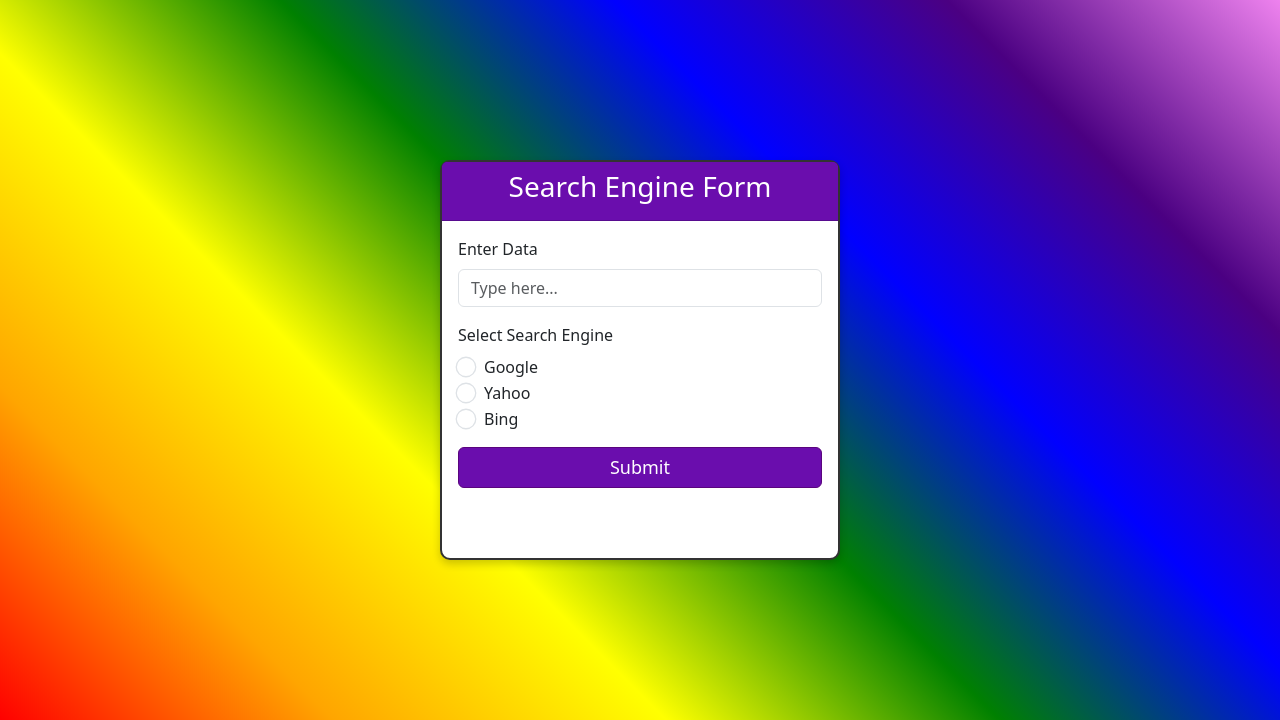
Repository: Prasad-R-Patil/WebBaseJava
Page: SearchEngien/src/main/webapp/index.html
An editor plug-in stored every save of this project. The page is shown before and after the next save, followed by the edit.
The browser window is 1280 px wide. The pictures show the whole page.

Above is the page before, as saved 2025-05-15 11:48:18.

After the next save:
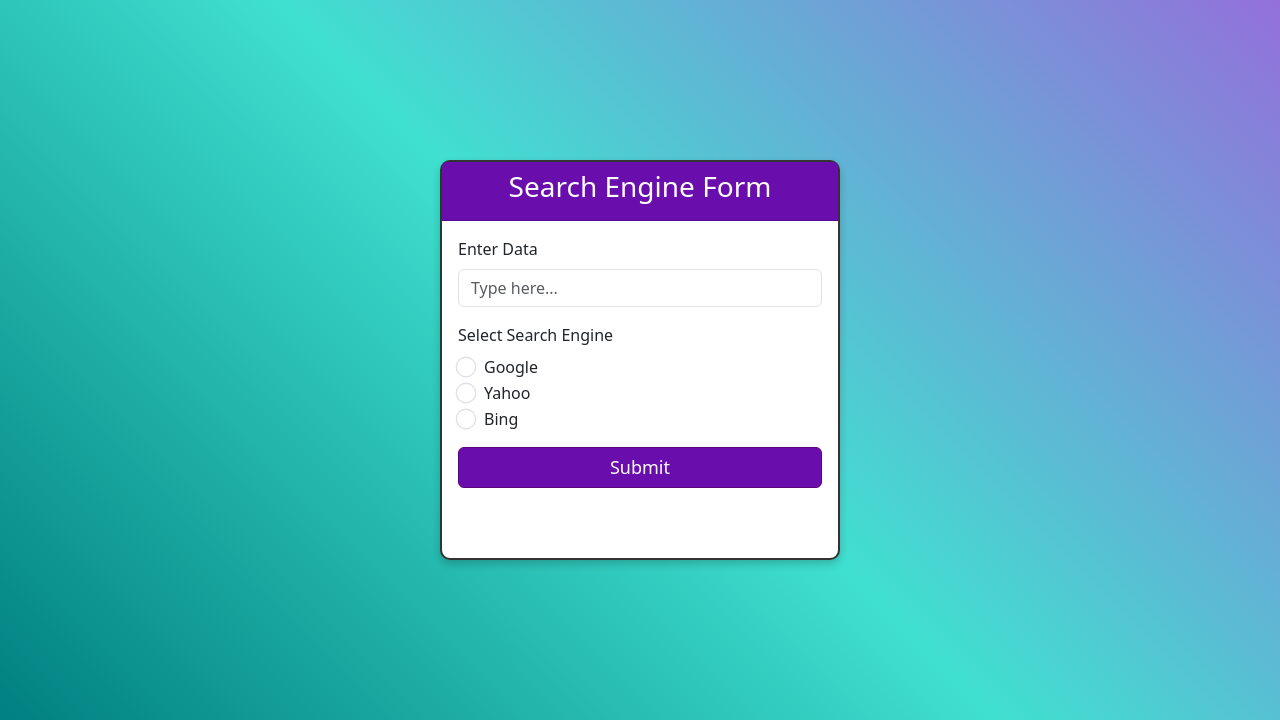
Saved 2 min 58 s later.
--- a/SearchEngien/src/main/webapp/index.html
+++ b/SearchEngien/src/main/webapp/index.html
@@ -8,7 +8,8 @@
     <link href="https://cdn.jsdelivr.net/npm/bootstrap@5.3.0/dist/css/bootstrap.min.css" rel="stylesheet">
     <style>
         body {
-            background: linear-gradient(45deg, red, orange, yellow, green, blue, indigo, violet);
+           /*  background: linear-gradient(45deg, red, orange, yellow, green, blue, indigo, violet); */
+                       background: linear-gradient(45deg, #008080, #40E0D0, #9370DB);
             display: flex;
             justify-content: center;
             align-items: center;

After the save that followed:
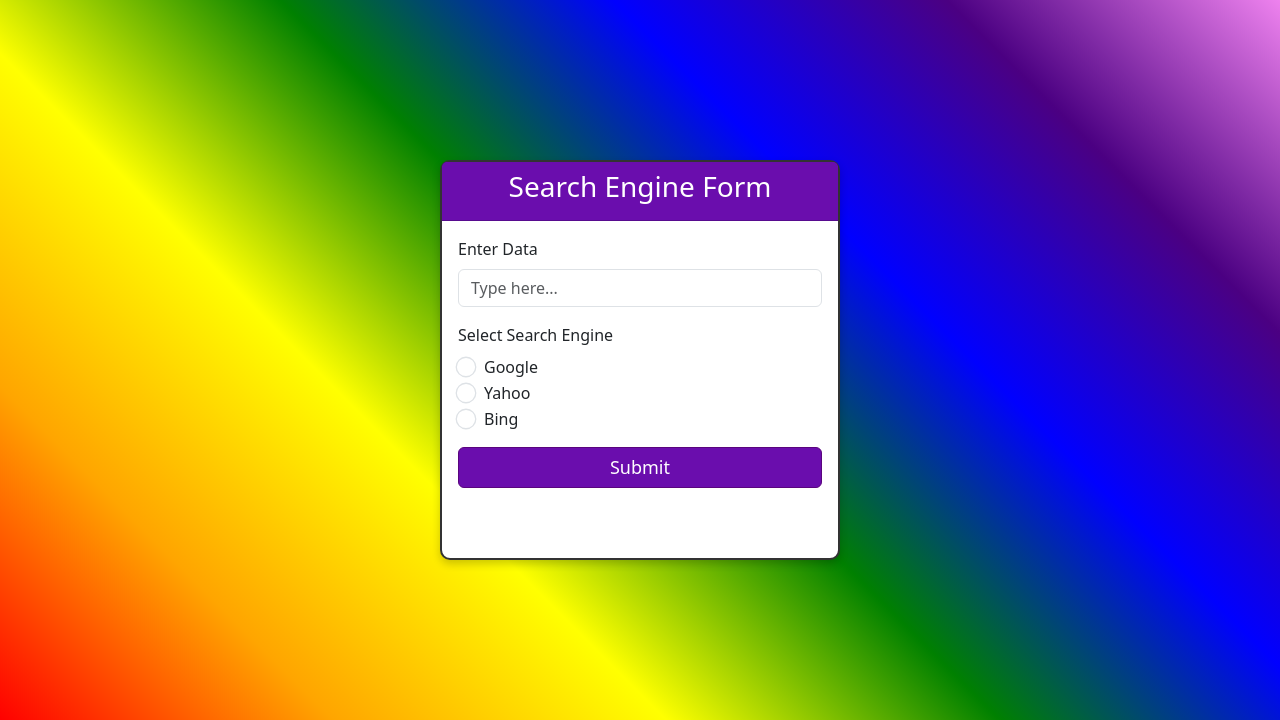
Saved 2 min 9 s later.
--- a/SearchEngien/src/main/webapp/index.html
+++ b/SearchEngien/src/main/webapp/index.html
@@ -8,8 +8,8 @@
     <link href="https://cdn.jsdelivr.net/npm/bootstrap@5.3.0/dist/css/bootstrap.min.css" rel="stylesheet">
     <style>
         body {
-           /*  background: linear-gradient(45deg, red, orange, yellow, green, blue, indigo, violet); */
-                       background: linear-gradient(45deg, #008080, #40E0D0, #9370DB);
+          background: linear-gradient(45deg, red, orange, yellow, green, blue, indigo, violet);
+
             display: flex;
             justify-content: center;
             align-items: center;
